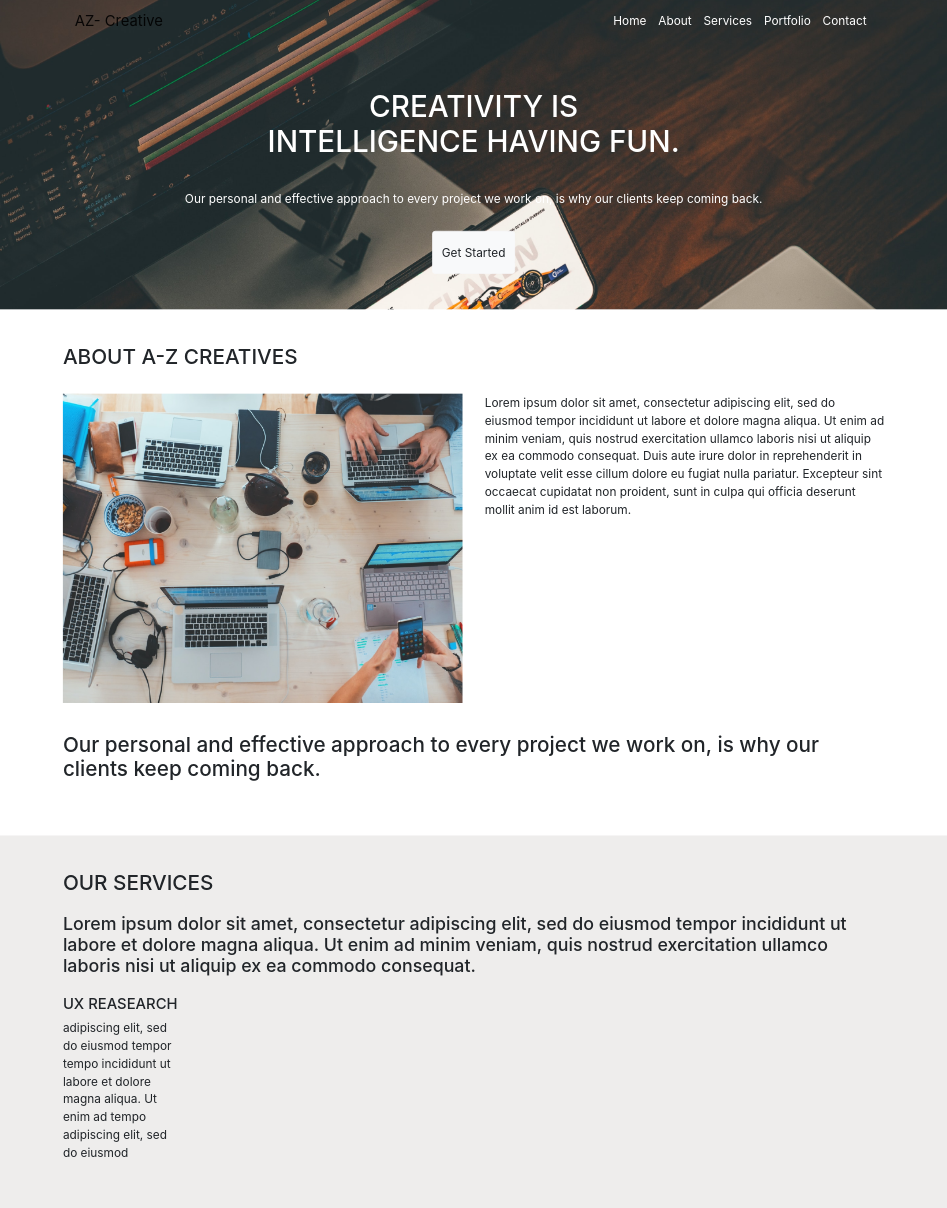
Repository: Syfon01/hng-port
Page: index.html
These files come from the project's save history. The page is drawn as it stood at one moment and after the next save; the edit follows.
The browser window is 1280 px wide. The pictures show the whole page, at 74% of full size.

Above is the page before, as saved 2020-06-27 20:52:26.

### index.html
<!doctype html>
<html lang="en">
  <head>
    <title>Title</title>
    <!-- Required meta tags -->
    <meta charset="utf-8">
    <meta name="viewport" content="width=device-width, initial-scale=1, shrink-to-fit=no">

    <!-- Bootstrap CSS -->
    <link rel="stylesheet" href="https://stackpath.bootstrapcdn.com/bootstrap/4.5.0/css/bootstrap.min.css"
      integrity="sha384-9aIt2nRpC12Uk9gS9baDl411NQApFmC26EwAOH8WgZl5MYYxFfc+NcPb1dKGj7Sk" crossorigin="anonymous">
  <link rel="stylesheet" href="style.css">
  </head>
  <body>
    <section id="home">
      <div class="container">
        <nav class="navbar navbar-expand-lg navbar-light text-white">
          <a class="navbar-brand" href="#">AZ- Creative</a>
          <button class="navbar-toggler" type="button" data-toggle="collapse" data-target="#navbarNav" aria-controls="navbarNav"
            aria-expanded="false" aria-label="Toggle navigation">
            <span class="navbar-toggler-icon"></span>
          </button>
          <div class="collapse navbar-collapse" id="navbarNav">
            <ul class="navbar-nav ml-auto">
              <li class="nav-item active">
                <a class="nav-link" href="#">Home <span class="sr-only">(current)</span></a>
              </li>
              <li class="nav-item">
                <a class="nav-link" href="#">About</a>
              </li>
              <li class="nav-item">
                <a class="nav-link" href="#">Services</a>
              </li>

              <li class="nav-item">
                <a class="nav-link" href="#">Portfolio</a>
              </li>
              <li class="nav-item">
                <a class="nav-link " href="#">Contact</a>
              </li>
            </ul>
          </div>
        </nav>

        <div class="home-content text-white text-center py-5">
          <h1 class="py-3">CREATIVITY IS
            <br>
            INTELLIGENCE HAVING FUN.</h1>
          <p class="py-3">Our personal and effective approach to every
            project we work on, is why our clients
            keep coming back.</p>

        <button type="submit" class="btn btn-light py-3">Get Started</button>

        </div>
      </div>

    </section>
    <section id="about">
      <div class="container py-5">
        <h3>ABOUT A-Z CREATIVES</h3>
        <div class="row py-4">
          <div class="col-lg-6 col-md-6 col-sm-12 col-12">
              <img src="./img/about.png" alt="" srcset="" class="img-fluid">
          </div>
          <div class="col-lg-6 col-md-6 col-sm-12 col-12">
          <p>
            Lorem ipsum dolor sit amet, consectetur adipiscing elit, sed do eiusmod tempor incididunt ut labore et dolore magna
            aliqua. Ut enim ad minim veniam, quis nostrud exercitation ullamco laboris nisi ut aliquip ex ea commodo consequat. Duis
            aute irure dolor in reprehenderit in voluptate velit esse cillum dolore eu fugiat nulla pariatur. Excepteur sint
            occaecat cupidatat non proident, sunt in culpa qui officia deserunt mollit anim id est laborum.

          </p>
          </div>
        </div>
        <h3 class="py-3">
          Our personal and effective approach to every project we work on, is why our clients keep coming back.
        </h3>
      </div>
    </section>
    <section id="services">
      <div class="container py-5">
        <h3>
          OUR SERVICES
        </h3>
        <h4 class="py-3">
          Lorem ipsum dolor sit amet, consectetur adipiscing elit, sed do eiusmod tempor incididunt ut labore et dolore magna
          aliqua. Ut enim ad minim veniam, quis nostrud exercitation ullamco laboris nisi ut aliquip ex ea commodo consequat.
        </h4>

        <div class="row">
          <div class="col-lg-2 col-md-6 col-sm-12 ">
            <h5>  UX REASEARCH</h5>
            <p>
              adipiscing elit, sed do eiusmod tempor tempo incididunt ut labore et dolore magna aliqua. Ut enim ad tempo
              adipiscing elit, sed do eiusmod
            </p>
          </div>
          <div class="col-lg-2 col-md-6 col-sm-12 ">

          </div>
        </div>
      </div>

    </section>
    <section id="portfolio">

    </section>

    <!-- Optional JavaScript -->
    <!-- jQuery first, then Popper.js, then Bootstrap JS -->
    <script src="https://code.jquery.com/jquery-3.5.1.slim.min.js"
      integrity="sha384-DfXdz2htPH0lsSSs5nCTpuj/zy4C+OGpamoFVy38MVBnE+IbbVYUew+OrCXaRkfj" crossorigin="anonymous"></script>
    <script src="https://cdn.jsdelivr.net/npm/popper.js@1.16.0/dist/umd/popper.min.js"
      integrity="sha384-Q6E9RHvbIyZFJoft+2mJbHaEWldlvI9IOYy5n3zV9zzTtmI3UksdQRVvoxMfooAo" crossorigin="anonymous"></script>
    <script src="https://stackpath.bootstrapcdn.com/bootstrap/4.5.0/js/bootstrap.min.js"
      integrity="sha384-OgVRvuATP1z7JjHLkuOU7Xw704+h835Lr+6QL9UvYjZE3Ipu6Tp75j7Bh/kR0JKI" crossorigin="anonymous"></script>

  </body>
</html>

### style.css
#home{
  background-image: url('/img/home.png'),
  linear-gradient(to bottom, rgba(0, 0, 0, 0.52), rgba(0, 0, 0, 0.73));
  background-size: cover;
}
.nav-link {
  color: #fff!important;
}

#services{
  background-color: #EEEDEC;
}

After the next save:
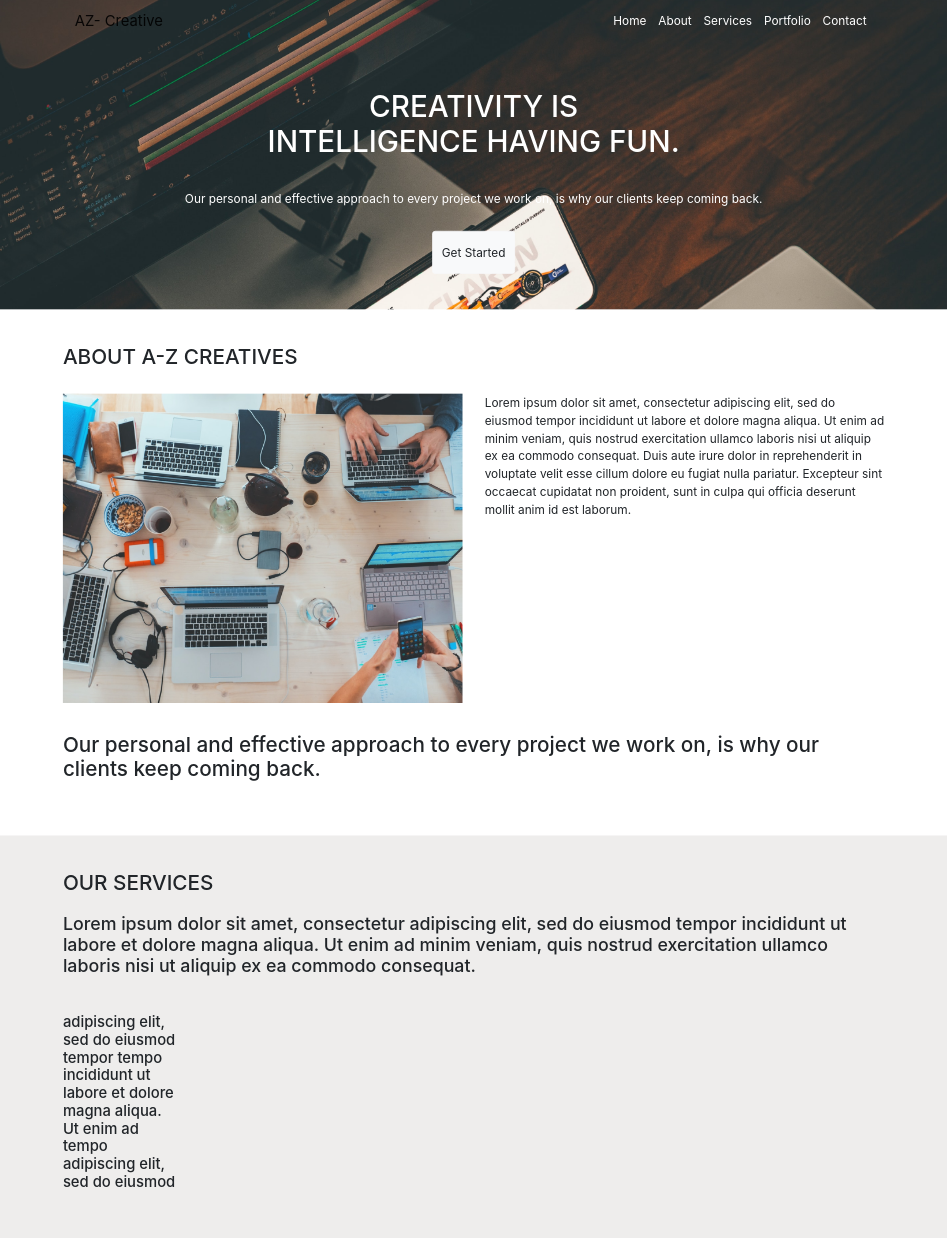
Saved 6 s later.
--- a/index.html
+++ b/index.html
@@ -90,7 +90,7 @@
 
         <div class="row">
           <div class="col-lg-2 col-md-6 col-sm-12 ">
-            <h5>  UX REASEARCH</h5>
+            <h5><img  UX REASEARCH</h5>
             <p>
               adipiscing elit, sed do eiusmod tempor tempo incididunt ut labore et dolore magna aliqua. Ut enim ad tempo
               adipiscing elit, sed do eiusmod
